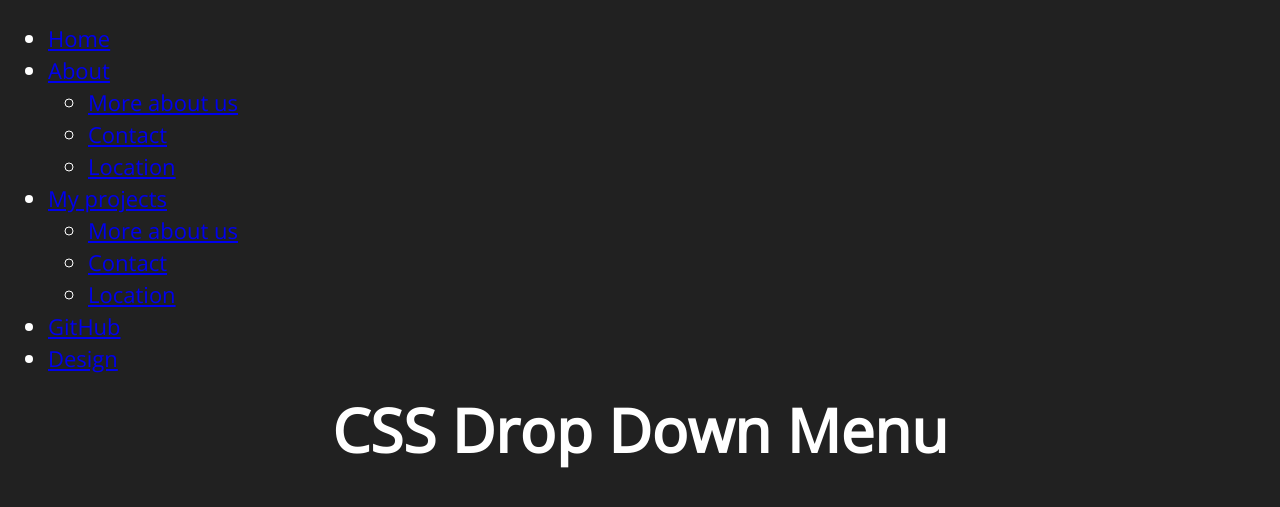
Repository: alikahwaji/HTML-CSS-workshop
Page: index.html
These files come from the project's save history. The page is drawn as it stood at one moment and after the next save; the edit follows.
The browser window is 1280 px wide. The pictures show the whole page.

Above is the page before, as saved 2019-10-29 11:57:12.

After the next save:
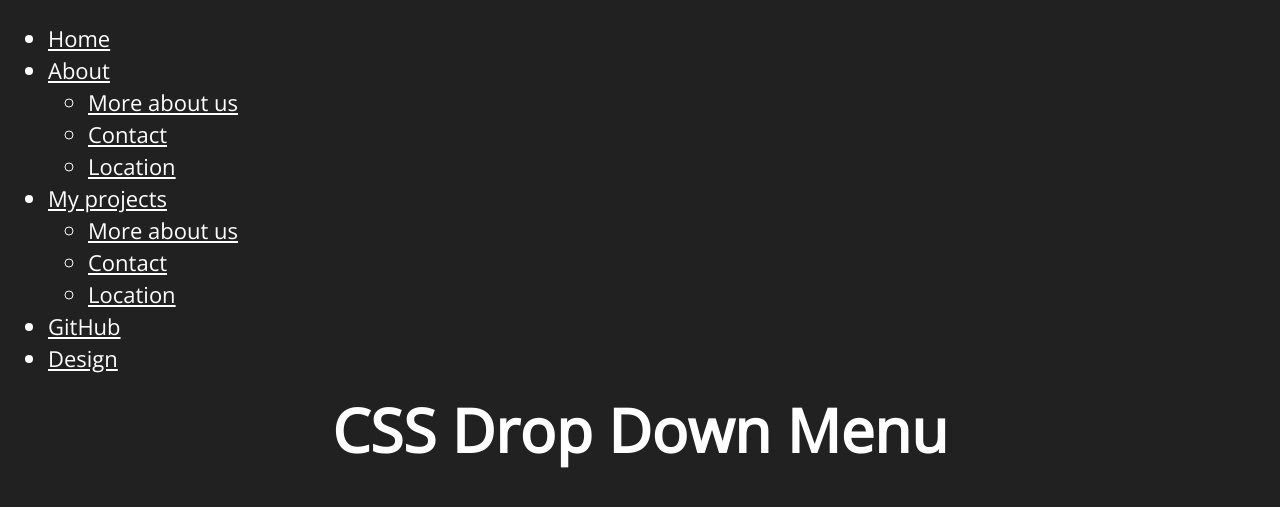
Saved 34 s later.
--- a/index.css
+++ b/index.css
@@ -15,3 +15,7 @@ h1 {
     text-align: center;
     color: #fff;
 }
+
+a {
+    color: #fff;
+}
